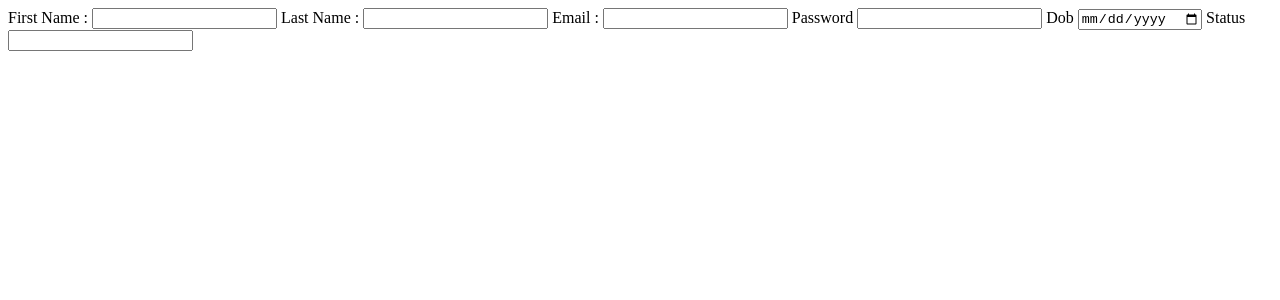
Repository: bhageshchincholi/AdvanceJava
Page: Election/Election/webcontent/Register.html
The author's editor kept a copy of each file at every save. The page is drawn from the files as they stood at one save, then again after the next save.
The browser window is 1280 px wide. The pictures show the whole page.

Above is the page before, as saved 2024-06-08 18:56:54.

After the next save:
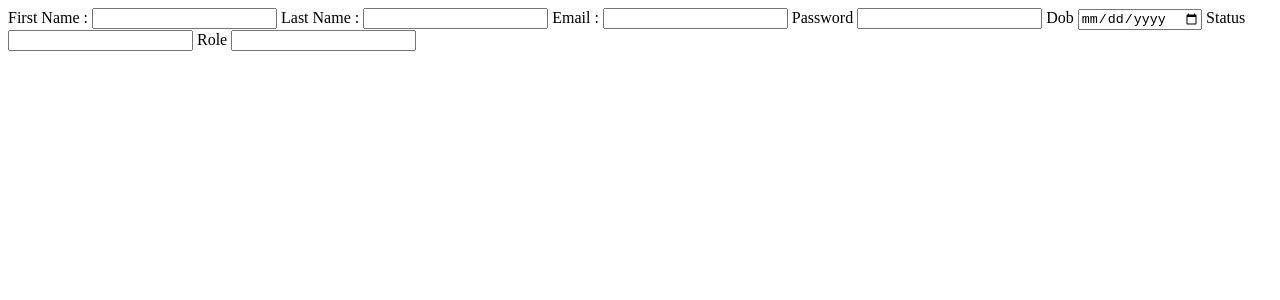
Saved 22 s later.
--- a/Election/Election/webcontent/Register.html
+++ b/Election/Election/webcontent/Register.html
@@ -24,6 +24,8 @@
 		<label>Status</label>
 		<input type="text" name="status"/>
 
+		<label>Role </label>
+		<input type="text" name="role">
 	</form>
 
 </body>
